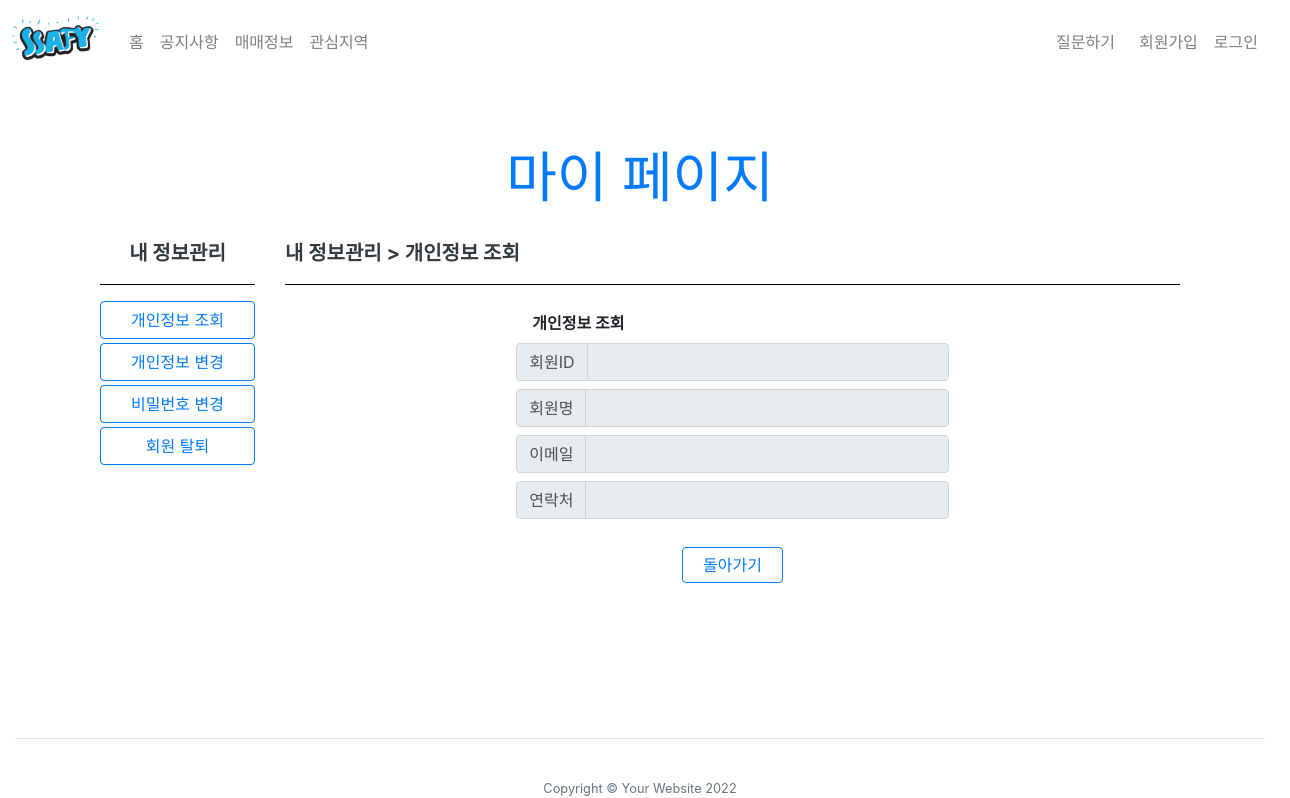
Repository: shinyoungjei/SSAFY_Final_PJT
Page: /user/mypage (app in front/)
These files come from the project's save history. The page is drawn as it stood at one moment and after the next save; the edit follows.
The browser window is 1280 px wide. The page is 1290 px wide, so the pictures cover 1290 px, including what lies to the right of the window. The pictures show the whole page.
The project was rebuilt for these pictures with package versions that can differ from the ones it lists, and the page was loaded fresh each time. Also part of the build but not shown: front/vue.config.js, front/src/views/HomeView.vue, front/src/views/AreaView.vue. Imported but missing from the stored project, and not drawn on this page: front/happyhouse/src/components/faq/QuestionChatItem.

Above is the page before, as saved 2022-05-25 20:43:11.

### front/src/main.js
import Vue from "vue";
import App from "./App.vue";
import router from "./router";
import store from "./store";
import { BootstrapVue, IconsPlugin } from "bootstrap-vue"; // boot strap 관련 설정
import "bootstrap/dist/css/bootstrap.css"; // Bootstrap an BootstrapVue CSS 파일 임포트
import "bootstrap-vue/dist/bootstrap-vue.css";
// BootstrapVue 플러그인 설치
Vue.use(BootstrapVue);
Vue.use(IconsPlugin);

Vue.config.productionTip = false;

new Vue({
  router,
  store,
  render: (h) => h(App),
}).$mount("#app");

### front/src/App.vue
<template>
  <div id="app">
    <Nav id="nav" />
    <!--<top-header></top-header>-->
    <router-view />
    <bottom />
  </div>
</template>

<script>
import Nav from "@/components/common/Nav.vue";
import Bottom from "@/components/common/Bottom.vue";
//import TopHeader from "@/components/common/Header.vue";

export default {
  components: {
    Nav,
    //TopHeader,
    Bottom,
  },
};
</script>

<style>
@import "@/assets/main.css";
#nav {
  padding: 5px;
}
</style>

### front/src/store/index.js
import Vue from "vue";
import Vuex from "vuex";
import createPersistedState from "vuex-persistedstate";

Vue.use(Vuex);

import qnaStore from "@/store/modules/qnaStore.js";
import userStore from "@/store/modules/userStore.js";
import aptStore from "@/store/modules/aptStore.js";
import noticeStore from "@/store/modules/noticeStore.js";

const store = new Vuex.Store({
  modules: {
    qnaStore,
    userStore,
    aptStore,
    noticeStore,
  },
  plugins: [
    createPersistedState({
      // 브라우저 종료시 제거하기 위해 localStorage가 아닌 sessionStorage로 변경. (default: localStorage)
      storage: sessionStorage,
    }),
  ],
});

export default store;

### front/src/assets/main.css
a {
  text-decoration: none;
  color: #787878;
}
input,
textarea,
.view {
  width: 100%;
  padding: 12px 20px;
  margin: 8px 0;
  display: inline-block;
  border: 1px solid #ccc;
  border-radius: 4px;
  box-sizing: border-box;
  color: #787878;
  font-size: medium;
}

.regist {
  padding: 10px;
}
.regist_form {
  border-radius: 5px;
  background-color: #f2f2f2;
  padding: 20px;
}

### front/src/components/common/Nav.vue
<template>
  <b-navbar toggleable="lg" class="nav" type="light" variant="alert-primary">
    <b-navbar-brand href="#">
      <router-link to="/">
        <img
          src="@/assets/ssafy_logo.png"
          class="d-inline-block align-middle"
          width="100px"
          alt="ssafy"
        />
      </router-link>
    </b-navbar-brand>

    <b-navbar-toggle target="nav-collapse"></b-navbar-toggle>

    <b-collapse id="nav-collapse" is-nav>
      <b-navbar-nav>
        <b-nav-item to="/">홈</b-nav-item>
        <b-nav-item to="/notice">공지사항</b-nav-item>
        <b-nav-item to="/aptDeal">매매정보</b-nav-item>
        <b-nav-item to="/area">관심지역</b-nav-item>
      </b-navbar-nav>
    </b-collapse>

    <b-navbar-nav>
      <b-row class="mr-2">
        <b-col>
          <b-nav-item to="/question">질문하기</b-nav-item>
        </b-col>
      </b-row>
      <b-row v-if="loginUserInfo.id">
        <b-nav-item @click="logout"> 로그아웃 </b-nav-item>
        <b-nav-item :to="{ name: `testmypage` }" class="mr-4">
          마이페이지
        </b-nav-item>
      </b-row>
      <b-row v-else>
        <b-nav-item :to="{ name: 'regist' }">회원가입</b-nav-item>
        <b-nav-item :to="{ name: 'login' }" class="mr-4">로그인</b-nav-item>
      </b-row>
    </b-navbar-nav>
  </b-navbar>
</template>

<script>
import { mapState } from "vuex";
const userStore = "userStore";

export default {
  computed: {
    ...mapState(userStore, ["loginUserInfo"]),
  },

  methods: {
    logout() {
      this.$store.commit("userStore/LOGOUT");
    },
  },
};
</script>

<style></style>

### front/src/components/common/Bottom.vue
<template>
  <b-container fluid>
    <!--
    <b-row>
      <b-col cols="3" />
      <b-col cols="1" id="ct">
        <div style="height: 60px"></div>
      </b-col>
      <b-col class="ml-3" style="text-align: left; padding-left: 100px">
        <div style="height: 60px"></div>
        <span class="text-white"
          >본 사이트의 콘텐츠는 저작권법의 보호를 받는 바 무단 전재, 복사, 배포
          등을 금합니다.</span
        ><br />
        <h4 class="mt-1 text-white">SS House . 02-7412-1945</h4>
        <span style="font-weight: bold; font-size: 20px" class="text-white"
          >제작</span
        >
        <ul>
          <li style="font-weight: bold" class="text-white">신현국</li>
          <li style="font-weight: bold" class="text-white">신영제</li>
        </ul>
      </b-col>
    </b-row>
    <div style="text-align: center; opacity: 70%" class="text-white">
      Copyright@ShinDuo. All rights reserved
    </div> -->
    <!-- Footer-->
    <footer class="border-top">
      <div class="container px-4 px-lg-5">
        <div class="row gx-4 gx-lg-5 justify-content-center">
          <div class="col-md-10 col-lg-8 col-xl-7">
            <ul class="list-inline text-center">
              <li class="list-inline-item">
                <a href="#!">
                  <span class="fa-stack fa-lg">
                    <i class="fas fa-circle fa-stack-2x"></i>
                    <i class="fab fa-twitter fa-stack-1x fa-inverse"></i>
                  </span>
                </a>
              </li>
              <li class="list-inline-item">
                <a href="#!">
                  <span class="fa-stack fa-lg">
                    <i class="fas fa-circle fa-stack-2x"></i>
                    <i class="fab fa-facebook-f fa-stack-1x fa-inverse"></i>
                  </span>
                </a>
              </li>
              <li class="list-inline-item">
                <a href="#!">
                  <span class="fa-stack fa-lg">
                    <i class="fas fa-circle fa-stack-2x"></i>
                    <i class="fab fa-github fa-stack-1x fa-inverse"></i>
                  </span>
                </a>
              </li>
            </ul>
            <div class="small text-center text-muted fst-italic">
              Copyright &copy; Your Website 2022
            </div>
          </div>
        </div>
      </div>
    </footer>
  </b-container>
</template>

<script>
export default {};
</script>

<style scoped>
#bot {
  background-color: rgb(83, 84, 85);
  height: 280px;
  font-family: Avenir, Helvetica, Arial, sans-serif;
}

#ct {
  text-align: left;
}
</style>

### front/src/views/UserView.vue
<template>
  <b-container>
    <router-view></router-view>
  </b-container>
</template>

<script>
export default {};
</script>

<style></style>

### front/src/components/user/UserMyPage.vue
<template>
  <b-container v-if="loginUserInfo">
    <div style="height: 60px"></div>
    <b-row style="text-align: center">
      <b-col class="text-primary font-weight-bold">
        <h1 style="font-size: 55px">마이 페이지</h1>
      </b-col>
    </b-row>
    <div style="height: 20px"></div>
    <div style="height: 500px">
      <b-row>
        <!-- 좌측 목록 -->
        <b-col cols="2 text-center">
          <div
            class="text-center text-dark font-weight-bold"
            style="font-size: 20px"
          >
            내 정보관리
          </div>
          <hr style="background-color: black" />
          <div>
            <b-button
              @click="mvView"
              style="width: 100%"
              variant="outline-primary"
            >
              개인정보 조회
            </b-button>
          </div>
          <div>
            <b-button
              @click="mvModify"
              style="width: 100%"
              variant="outline-primary"
              class="mt-1"
            >
              개인정보 변경
            </b-button>
          </div>
          <div>
            <b-button
              @click="mvChange"
              style="width: 100%"
              variant="outline-primary"
              class="mt-1"
            >
              비밀번호 변경
            </b-button>
          </div>
          <div>
            <b-button
              @click="mvDelete"
              style="width: 100%"
              variant="outline-primary"
              class="mt-1"
            >
              회원 탈퇴
            </b-button>
          </div>
        </b-col>
        <b-col cols="10 text-center">
          <!--좌측 목룍 종료-->
          <!--개인정보 조회 목록-->
          <template v-if="mode === `view`">
            <b-row>
              <b-col>
                <div
                  class="text-left text-dark font-weight-bold"
                  style="font-size: 20px"
                >
                  내 정보관리 > 개인정보 조회
                </div>
                <hr style="background-color: black" />
                <div style="height: 10px"></div>
              </b-col>
            </b-row>
            <b-row>
              <b-col cols="3"></b-col>
              <b-col cols="2" class="font-weight-bold"> 개인정보 조회</b-col>
              <b-col></b-col>
            </b-row>
            <b-row>
              <b-col cols="3"></b-col>
              <b-col>
                <b-input-group class="mt-2">
                  <b-input-group-prepend is-text>
                    회원ID
                  </b-input-group-prepend>
                  <b-form-input
                    class="text-center"
                    readonly
                    v-model="loginUserInfo.id"
                  />
                </b-input-group>
              </b-col>
              <b-col cols="3"></b-col>
            </b-row>

            <b-row>
              <b-col cols="3"></b-col>
              <b-col>
                <b-input-group class="mt-2">
                  <b-input-group-prepend is-text>
                    회원명
                  </b-input-group-prepend>
                  <b-form-input
                    class="text-center"
                    readonly
                    v-model="loginUserInfo.name"
                  />
                </b-input-group>
              </b-col>
              <b-col cols="3"></b-col>
            </b-row>
            <b-row>
              <b-col cols="3"></b-col>
              <b-col>
                <b-input-group class="mt-2">
                  <b-input-group-prepend is-text>
                    이메일
                  </b-input-group-prepend>
                  <b-form-input
                    class="text-center"
                    readonly
                    v-model="loginUserInfo.email"
                  />
                </b-input-group>
              </b-col>
              <b-col cols="3"></b-col>
            </b-row>
            <b-row>
              <b-col cols="3"></b-col>
              <b-col>
                <b-input-group class="mt-2">
                  <b-input-group-prepend is-text>
                    연락처
                  </b-input-group-prepend>
                  <b-form-input
                    class="text-center"
                    readonly
                    v-model="loginUserInfo.contact"
                  />
                </b-input-group>
              </b-col>
              <b-col cols="3"></b-col>
            </b-row>
            <b-row class="mt-4">
              <b-col></b-col>
              <b-col>
                <b-button
                  @click="main"
                  style="padding: 5px 20px"
                  variant="outline-primary"
                  class="mt-1"
                >
                  돌아가기
                </b-button>
              </b-col>
              <b-col> </b-col>
            </b-row>
          </template>
          <!--개인정보 조회 목록 종료-->
          <!--개인정보 수정 목록-->
          <template v-if="mode === `mvModify`">
            <b-row>
              <b-col>
                <div
                  class="text-left text-dark font-weight-bold"
                  style="font-size: 20px"
                >
                  내 정보관리 > 개인정보 변경
                </div>
                <hr style="background-color: black" />
                <div style="height: 10px"></div>
              </b-col>
            </b-row>
            <b-row>
              <b-col cols="2"></b-col>
              <b-col cols="2" class="font-weight-bold"> 개인정보 변경</b-col>
              <b-col></b-col>
            </b-row>

            <b-row>
              <b-col cols="2"></b-col>
              <b-col>
                <b-input-group class="mt-2">
                  <b-input-group-prepend is-text>
                    회원ID
                  </b-input-group-prepend>
                  <b-form-input
                    class="text-center"
                    readonly
                    v-model="loginUserInfo.id"
                  />
                </b-input-group>
              </b-col>
              <b-col cols="2"></b-col>
            </b-row>

            <b-row>
              <b-col cols="2"></b-col>
              <b-col>
                <b-input-group class="mt-2">
                  <b-input-group-prepend is-text>
                    회원명
                  </b-input-group-prepend>
                  <b-form-input
                    class="text-center"
                    v-model="loginUserInfo.name"
                  />
                </b-input-group>
              </b-col>
              <b-col cols="2"></b-col>
            </b-row>

            <b-row>
              <b-col cols="2"></b-col>
              <b-col>
                <b-input-group class="mt-2">
                  <b-input-group-prepend is-text>
                    이메일
                  </b-input-group-prepend>
                  <b-form-input
                    class="text-center"
                    v-model="loginUserInfo.email"
                  />
                </b-input-group>
              </b-col>
              <b-col cols="2"></b-col>
            </b-row>

            <b-row>
              <b-col cols="2"></b-col>
              <b-col>
                <b-input-group class="mt-2">
                  <b-input-group-prepend is-text>
                    연락처
                  </b-input-group-prepend>
                  <b-form-input
                    class="text-center"
                    v-model="loginUserInfo.contact"
                  />
                </b-input-group>
              </b-col>
              <b-col cols="2"></b-col>
            </b-row>

            <b-row class="mt-4">
              <b-col></b-col>
              <b-col>
                <b-button
                  @click="main"
                  style="padding: 5px 20px"
                  variant="outline-primary"
                  class="mt-1"
                >
                  돌아가기
                </b-button>
                <b-button
                  @click="userModify"
                  style="padding: 5px 20px"
                  variant="outline-primary"
                  class="ml-4"
                >
                  저장하기
                </b-button>
              </b-col>
              <b-col> </b-col>
            </b-row>
          </template>
          <!--개인정보 수정 목록 종료-->
          <!--비밀번호 변경-->
          <template v-if="mode === `mvChange`">
            <b-row>
              <b-col>
                <div
                  class="text-left text-dark font-weight-bold"
                  style="font-size: 20px"
                >
                  내 정보관리 > 비밀번호 변경
                </div>
                <hr style="background-color: black" />
                <div style="height: 10px"></div>
              </b-col>
            </b-row>
            <b-row>
              <b-col cols="2"></b-col>
              <b-col cols="2" class="font-weight-bold"> 비밀번호 변경</b-col>
              <b-col></b-col>
            </b-row>

            <b-row>
              <b-col cols="2"></b-col>
              <b-col>
                <b-input-group class="mt-2">
                  <b-input-group-prepend is-text>
                    현재 비밀번호
                  </b-input-group-prepend>
                  <b-form-input
                    type="password"
                    class="text-center"
                    v-model="loginUserInfo.pass"
                  />
                </b-input-group>
              </b-col>
              <b-col cols="2"></b-col>
            </b-row>

            <b-row>
              <b-col cols="2"></b-col>
              <b-col>
                <b-input-group class="mt-2">
                  <b-input-group-prepend is-text>
                    변경 비밀번호
                  </b-input-group-prepend>
                  <b-form-input
                    type="password"
                    class="text-center"
                    v-model="loginUserInfo.pass"
                  />
                </b-input-group>
              </b-col>
              <b-col cols="2"></b-col>
            </b-row>

            <b-row>
              <b-col cols="2"></b-col>
              <b-col>
                <b-input-group class="mt-2">
                  <b-input-group-prepend is-text>
                    비밀번호 확인
                  </b-input-group-prepend>
                  <b-form-input
                    type="password"
                    class="text-center"
                    v-model="loginUserInfo.pass"
                  />
                </b-input-group>
              </b-col>
              <b-col cols="2"></b-col>
            </b-row>

            <b-row class="mt-4">
              <b-col></b-col>
              <b-col>
                <b-button
                  @click="main"
                  style="padding: 5px 20px"
                  variant="outline-primary"
                >
                  돌아가기
                </b-button>
                <b-button
                  style="padding: 5px 20px"
                  variant="outline-primary"
                  class="ml-4"
                >
                  저장하기
                </b-button>
              </b-col>
              <b-col> </b-col>
            </b-row>
          </template>
          <!--비밀번호 변경 종료-->
          <!--회원탈퇴-->

          <template v-if="mode === `mvDelete`">
            <b-row>
              <b-col>
                <div
                  class="text-left text-dark font-weight-bold"
                  style="font-size: 20px"
                >
                  내 정보관리 > 회원탈퇴
                </div>
                <hr style="background-color: black" />
                <div style="height: 10px"></div>
              </b-col>
            </b-row>
            <b-row>
              <b-col cols="2"></b-col>
              <b-col cols="2" class="font-weight-bold"> 회원 탈퇴</b-col>
              <b-col></b-col>
            </b-row>
            <b-row>
              <b-col cols="2"></b-col>
              <b-col>
                <b-input-group class="mt-2">
                  <b-input-group-prepend is-text>
                    비밀번호 입력
                  </b-input-group-prepend>
                  <b-form-input
                    type="text"
                    class="text-center"
                    v-model="loginUserInfo.pass"
                  />
                </b-input-group>
              </b-col>
              <b-col cols="2"></b-col>
            </b-row>
            <b-row class="mt-4">
              <b-col></b-col>
              <b-col>
                <b-button
                  @click="main"
                  style="padding: 5px 20px"
                  variant="outline-primary"
                >
                  돌아가기
                </b-button>
                <b-button
                  @click="userDelete"
                  style="padding: 5px 20px"
                  variant="outline-primary"
                  class="ml-4"
                >
                  탈퇴하기
                </b-button>
              </b-col>
              <b-col> </b-col>
            </b-row>
          </template>
          <!--회원탈퇴종료-->
        </b-col>
      </b-row>
    </div>
  </b-container>
</template>

<script>
import { mapActions, mapState } from "vuex";

const userStore = "userStore";

export default {
  data() {
    return {
      mode: "view",
      user: {
        id: "",
        name: "",
        email: "",
        contact: "",
      },
    };
  },

  component: {},
  computed: {
    ...mapState(userStore, ["loginUserInfo"]),
  },

  methods: {
    ...mapActions(userStore, ["doModifyUser", "doDeleteUser"]),
    // 메인 이동
    main() {
      this.$router.push("/");
    },
    // 중간창 이동.
    mvView() {
      this.mode = "view";
    },
    mvModify() {
      this.mode = "mvModify";
    },
    mvChange() {
      this.mode = "mvChange";
    },
    mvDelete() {
      this.mode = "mvDelete";
    },
    // 수정하기
    userModify() {
      let user = {
        id: this.loginUserInfo.id,
        name: this.loginUserInfo.name,
        pass: this.loginUserInfo.pass,
        email: this.loginUserInfo.email,
        contact: this.loginUserInfo.contact,
      };
      this.doModifyUser(user);
      this.$router.push("/");
    },

    //탈퇴하기
    userDelete() {
      if (confirm("회원탈퇴성공")) {
        this.doDeleteUser(this.loginUserInfo.name);
        this.$store.commit("userStore/LOGOUT");
        this.$router.push("/");
      }
    },
  },
};
</script>

<style></style>

### front/src/api/user.js
import { axiosInstance } from "@/api";

const axios = axiosInstance();

// 로그인
async function doLoginAPI(user, success, fail) {
  await axios
    .post("/user/login", JSON.stringify(user))
    .then(success)
    .catch(fail);
}

// 회원가입
function doRegistAPI(user, success, fail) {
  axios.post("/user/regist", JSON.stringify(user)).then(success).catch(fail);
}

// 회원정보수정
function doModifyUserAPI(user, success, fail) {
  axios.put("/user/modify", JSON.stringify(user)).then(success).catch(fail);
}

// 회원탈퇴
function doDeleteUserAPI(userId, success, fail) {
  axios.delete(`/user/delete/${userId}`).then(success).catch(fail);
}
export { doLoginAPI, doRegistAPI, doModifyUserAPI, doDeleteUserAPI };

### front/src/api/commercialInfo.js
import { axiosInstance } from "@/api";

const axios = axiosInstance();

function setConvenienceStorePositionsAPI(dongCode, success, fail) {
  axios
    .get(`/commercialinfo/conveniencestore/${dongCode}`)
    .then(success)
    .catch(fail);
}

async function setConvenienceStoreDistanceAPI(aptInfo, success, fail) {
  await axios
    .patch(`/commercialinfo/conveniencestore/distance`, JSON.stringify(aptInfo))
    .then(success)
    .catch(fail);
}

export { setConvenienceStorePositionsAPI, setConvenienceStoreDistanceAPI };

### front/src/api/index.js
import axios from "axios";
import { API_BASE_URL } from "@/config";

// axios 객체 생성
function axiosInstance() {
  const instance = axios.create({
    baseURL: API_BASE_URL,
    headers: {
      "Access-Control-Allow-Origin": "*",
      "Content-type": "application/json",
    },
  });

  instance.interceptors.request.use(
    (config) => {
      // console.log(config);
      //서버에 요청 보낼 헤더에 토큰 정보 추가
      config.headers["access-token"] = sessionStorage.getItem("access-token");
      //config.headers["Content-type"] = "application/json";
      return config;
    },
    (error) => {
      return Promise.reject(error);
    }
  );

  return instance;
}

export { axiosInstance };

### front/src/config/index.js
const API_BASE_URL = "http://localhost:8081/happyhouse";
export { API_BASE_URL };

Loaded but not shown: front/public/index.html (common file); front/src/store/modules/aptStore.js (220 lines, source omitted); front/src/store/modules/qnaStore.js (227 lines, source omitted); front/src/router/index.js (130 lines, source omitted); front/src/store/modules/noticeStore.js (113 lines, source omitted); front/src/store/modules/userStore.js (92 lines, source omitted); front/src/api/qna.js (75 lines, source omitted); front/src/api/apt.js (54 lines, source omitted); front/src/api/notice.js (48 lines, source omitted)

After the next save:
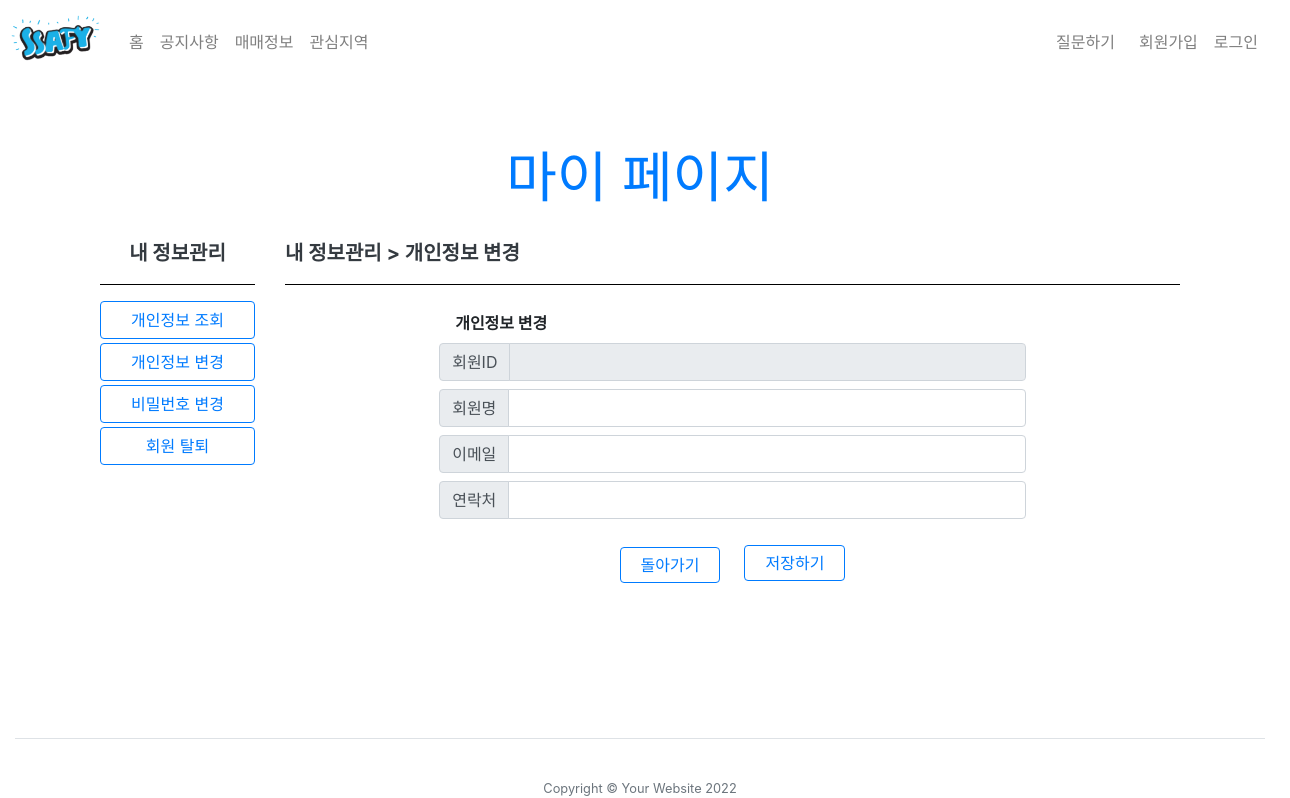
Saved 92 s later.
--- a/front/src/components/user/UserMyPage.vue
+++ b/front/src/components/user/UserMyPage.vue
@@ -435,7 +435,7 @@ const userStore = "userStore";
 export default {
   data() {
     return {
-      mode: "view",
+      mode: "mvModify",
       user: {
         id: "",
         name: "",
